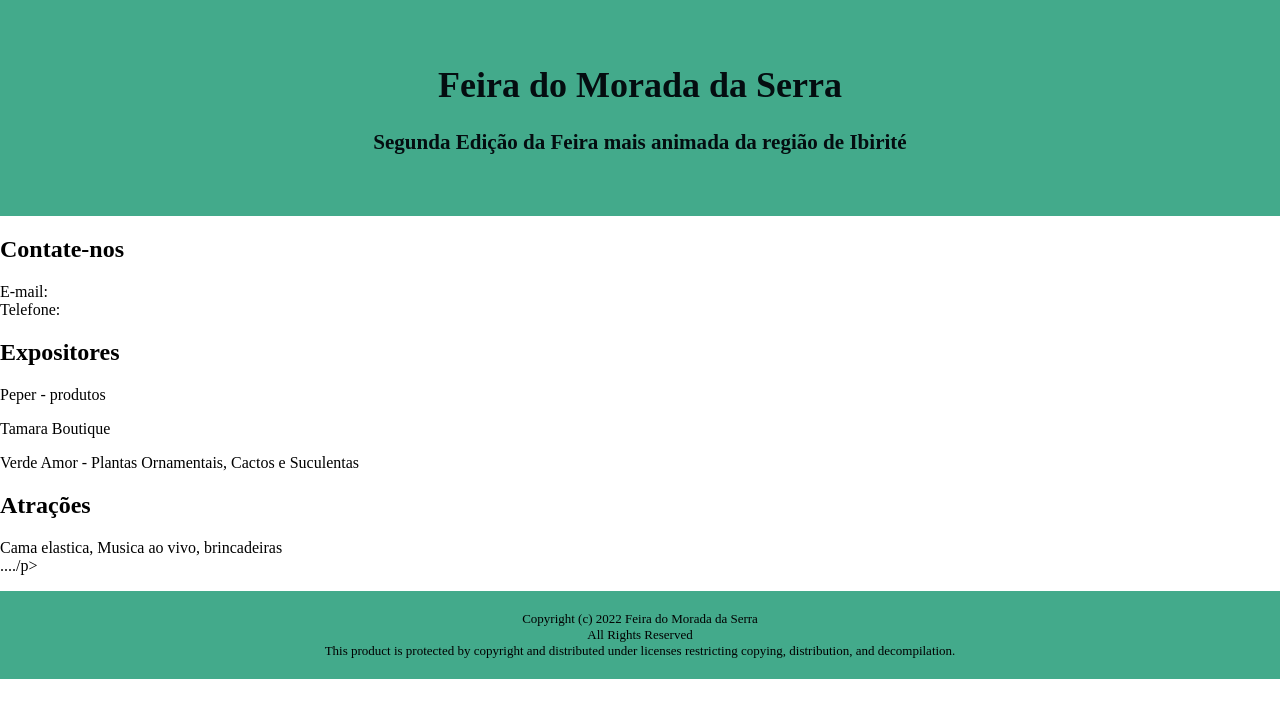
Repository: valerianogueirasilva/feiraibirite
Page: SoacialProject/Index.html
These files come from the project's save history. The page is drawn as it stood at one moment and after the next save; the edit follows.
The browser window is 1280 px wide. The pictures show the whole page.

Above is the page before, as saved 2022-07-11 15:20:44.

After the next save:
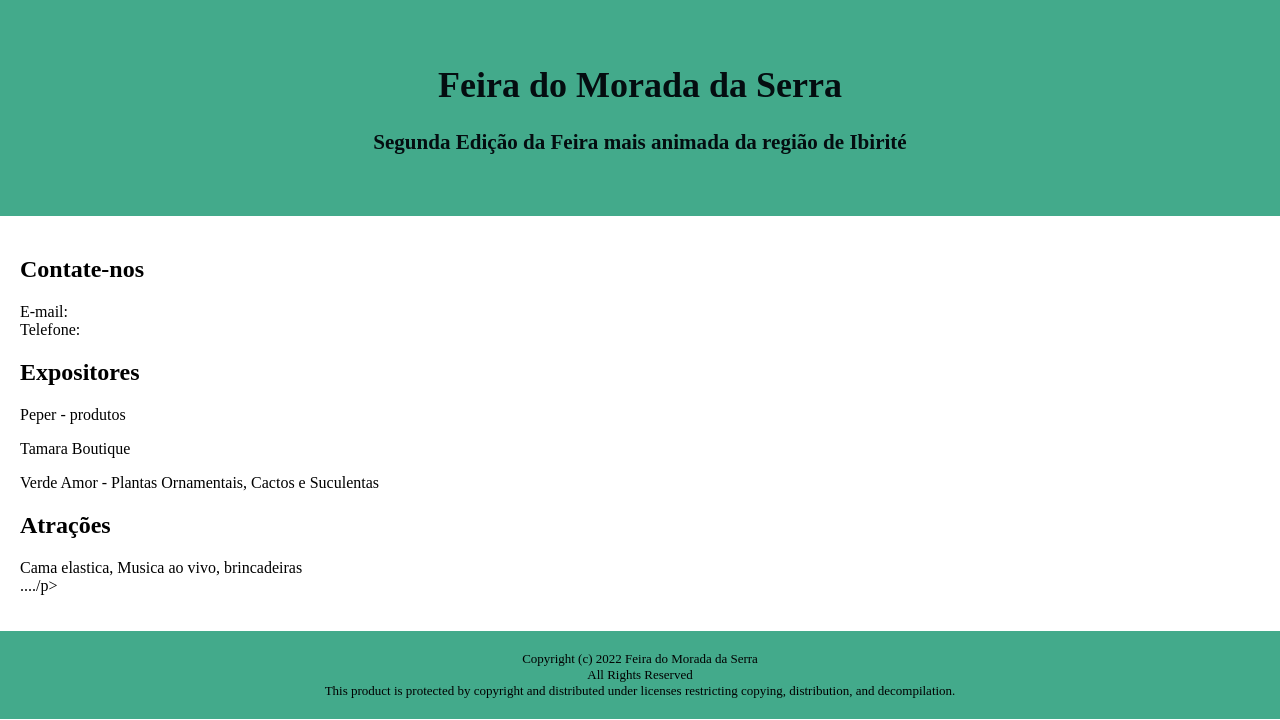
Saved 37 s later.
--- a/SoacialProject/Css/cssfile.css
+++ b/SoacialProject/Css/cssfile.css
@@ -19,7 +19,12 @@ body {
 }
 
 
-.
+.DivRowClass{
+	float: center;
+	padding: 20px;
+}
+
+
 .column {
   float: left;
   padding: 10px;
